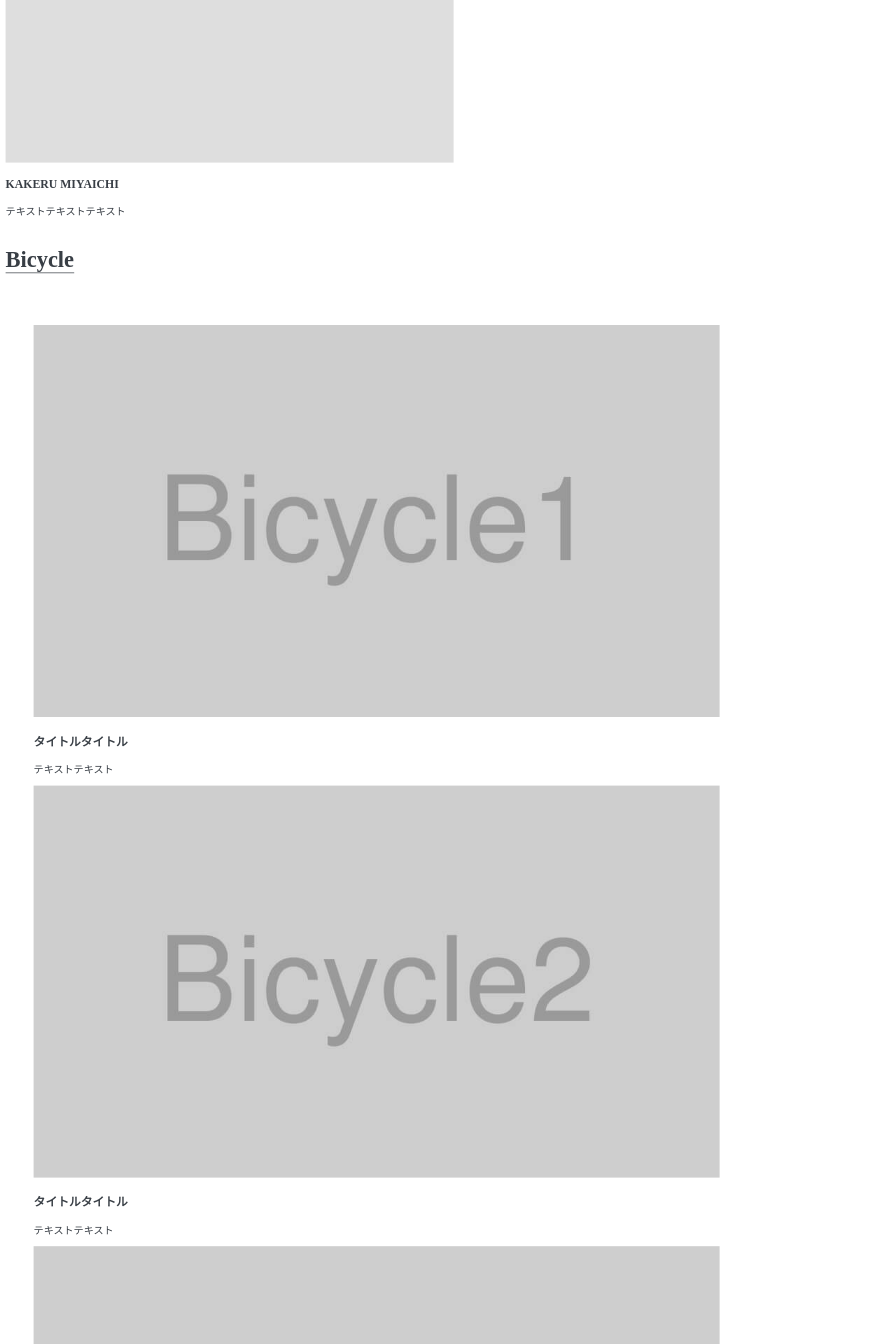
Repository: Fuki-san/bicycle
Page: http://localhost/bicycle
The author's editor kept a copy of each file at every save. The page is drawn from the files as they stood at one save, then again after a run of saves.
The browser window is 1280 px wide. The pictures show the part of the page from y = 1525 to 3445 px (the page is 3996 px tall before and 3954 px after), at 70% of full size.
The page is served by the project's Laravel application, run on PHP 8.4 with Laravel 10.

Above is the page before, as saved 2023-11-16 15:02:59.

After the next 6 saves:
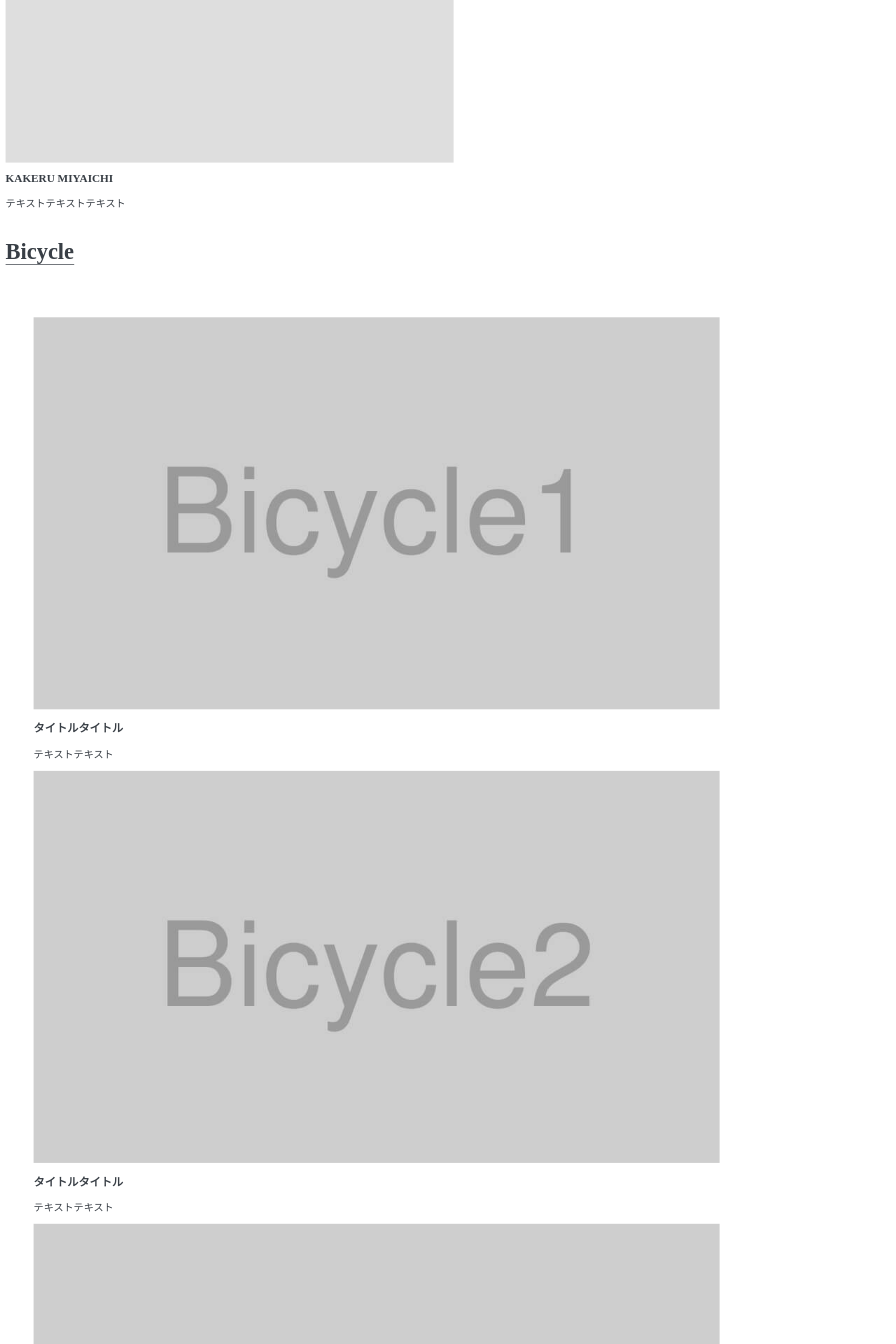
The 6 saves are shown as one change because they came seconds apart.
The last was saved 30 s later.
--- a/public/css/style.css
+++ b/public/css/style.css
@@ -40,5 +40,6 @@ li{
 }
 
 .content-title{
-
+    font-size: 1rem;
+    margin: 10px 0;
 }
